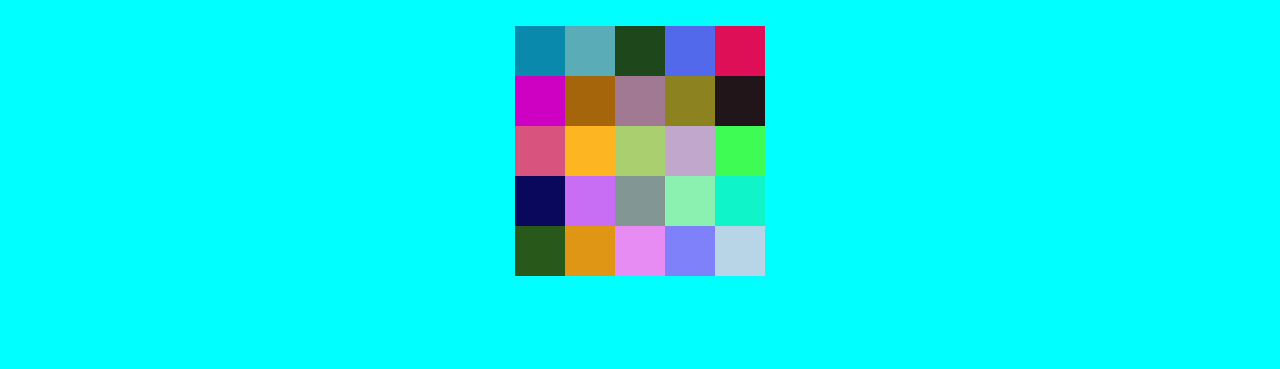
Repository: batonAnton/cursor_hw_10
Page: index.html
These files come from the project's save history. The page is drawn as it stood at one moment and after the next save; the edit follows.
The browser window is 1280 px wide. The pictures show the whole page.

Above is the page before, as saved 2023-01-31 14:33:09.

### index.html
<!DOCTYPE html>
<html lang="en">
<head>
    <meta charset="UTF-8">
    <meta http-equiv="X-UA-Compatible" content="IE=edge">
    <meta name="viewport" content="width=device-width, initial-scale=1.0">
    <title>DOM</title>
    <link rel="stylesheet" href="./css/style.css">
</head>
<body>
        <div id="container">
            </div>



    <script src="/index.js"></script>
</body>
</html>

### css/style.css

* {
    margin: 0;
    padding: 0;
}

body {
    background-color: aqua;
    /* text-align: center; */

}

#container, .container  {
    width: 250px;
    height: 250px;
    margin: 2% auto;
    display: flex;
    flex-wrap: wrap;

}

.block {
    width: 50px;
    height: 50px;
 }

### index.js
const container = document.getElementById(".container");

function generateBlocks(){


        const container = document.getElementById('container');
        for (let i = 0; i < 25; i++) {
            const block = document.createElement('div');
            block.classList.add('block');
         setInterval(() => block.style.backgroundColor = '#' + Math.random().toString(16).slice(-6),1000) ;

         container.appendChild(block);


        }
}

generateBlocks();

After the next save:
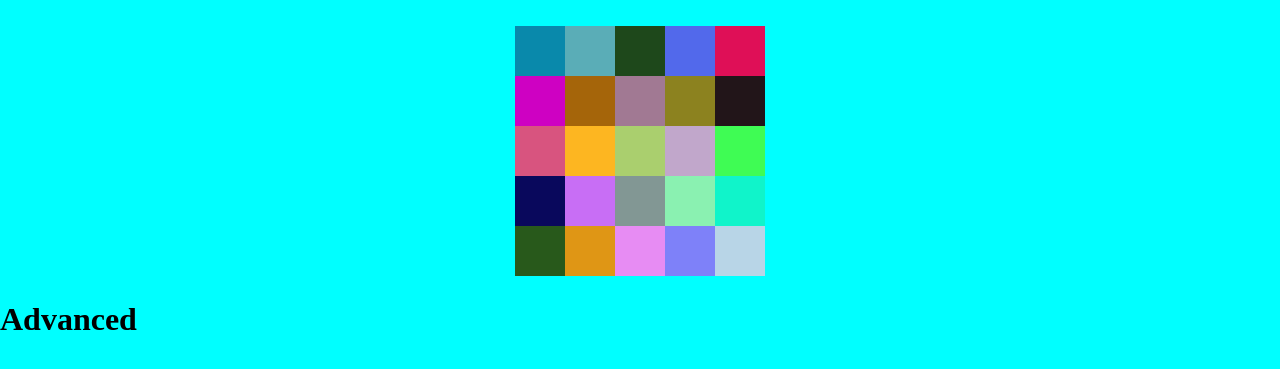
Saved 5 min 11 s later.
--- a/index.js
+++ b/index.js
@@ -14,5 +14,10 @@
 
         }
 }
+// let h1 = h1.innerHtml;
+generateBlocks();
 
-generateBlocks();
+const advancedText = document.createElement("h1");
+advancedText.innerHTML = "Advanced";
+document.body.append(advancedText);
+advancedText.style.position = "center";
